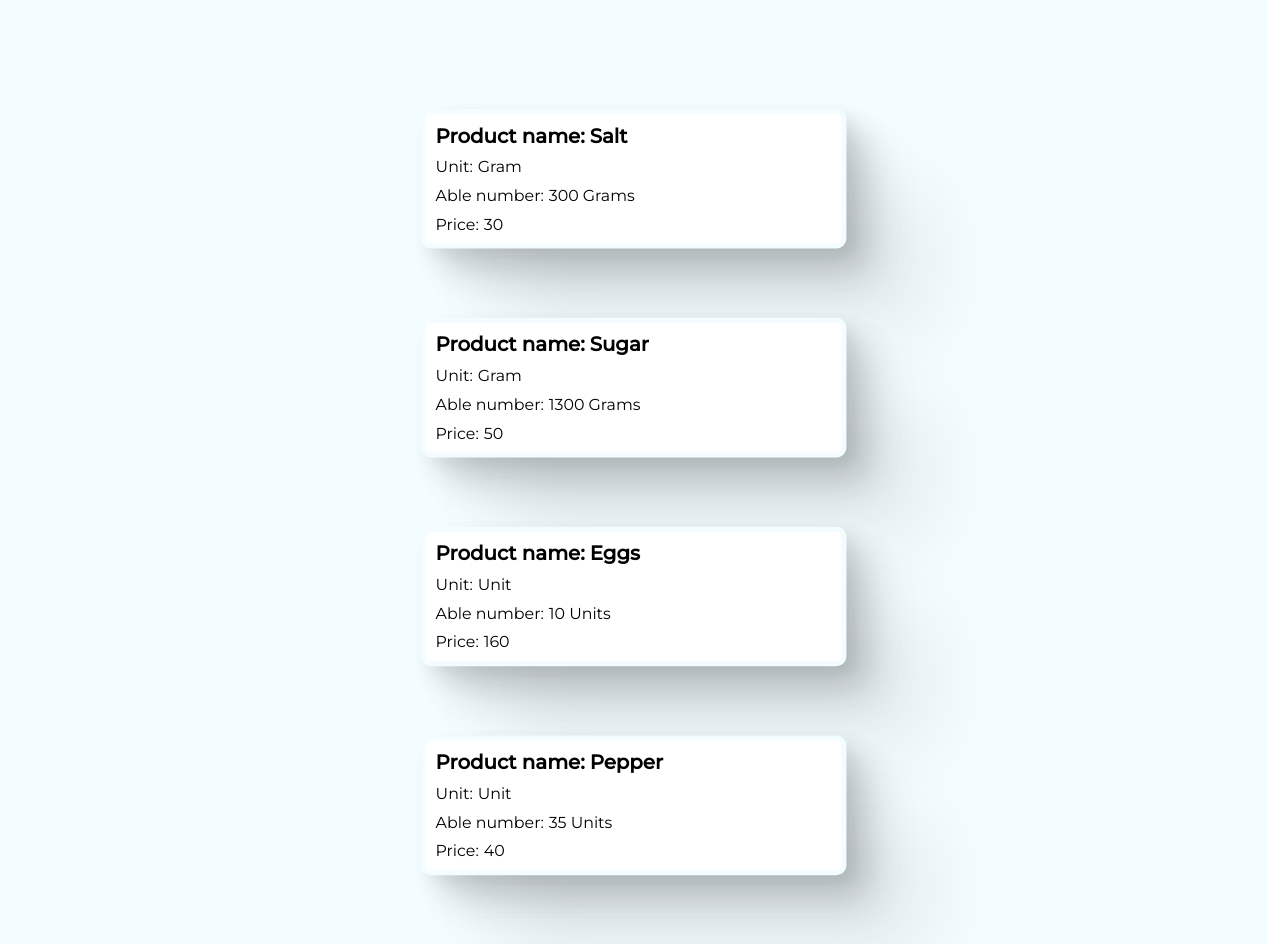
Repository: OlexandraKovach2/Vue
Page: / (app in vuexam/brila-exam/)
The author's editor kept a copy of each file at every save. The page is drawn from the files as they stood at one save, then again after the next save.
The browser window is 1280 px wide. The pictures show the whole page, at 99% of full size.
The project was rebuilt for these pictures with package versions that can differ from the ones it lists, and the page was loaded fresh each time. Also part of the build but not shown: vuexam/brila-exam/vue.config.js.

Above is the page before, as saved 2022-11-08 22:09:43.

### vuexam/brila-exam/public/index.html
<!DOCTYPE html>
<html lang="">
  <head>
    <meta charset="utf-8">
    <meta http-equiv="X-UA-Compatible" content="IE=edge">
    <meta name="viewport" content="width=device-width,initial-scale=1.0">
    <link rel="icon" href="<%= BASE_URL %>favicon.ico">
    <title><%= htmlWebpackPlugin.options.title %></title>
  </head>
  <body>
    <noscript>
      <strong>We're sorry but <%= htmlWebpackPlugin.options.title %> doesn't work properly without JavaScript enabled. Please enable it to continue.</strong>
    </noscript>
    <div id="app"></div>
    <!-- built files will be auto injected -->
  </body>
</html>

<style>

  *{
    padding: 0px;
    margin: 0px;
  }
  body{
    background-color: rgb(243, 252, 255);
  }

</style>

### vuexam/brila-exam/src/main.js
import { createApp } from 'vue'
import App from './App.vue'
import store from '@/store'

createApp(App).use(store).mount('#app')

### vuexam/brila-exam/src/App.vue
<template>
  <div>
    <ObjectTable :listData="list"/>
  </div>
</template>

<script>
  import { mapGetters } from 'vuex';
  import ObjectTable from "./components/ObjectTable";
  export default {
    name: "App",
    components: {
      ObjectTable,
    },
    computed: {
      ...mapGetters(['list']),
    },
  }
</script>

<style lang="scss" scoped>
@import url('https://fonts.googleapis.com/css2?family=Montserrat:wght@100;200;300;400;500&display=swap');
*{
  font-family: 'Montserrat', sans-serif;
}
</style>

### vuexam/brila-exam/src/store/index.js
import {createStore} from 'vuex'

const store = createStore({
    state: {
        list: [
            {
                id: 1,
                name: "Salt",
                unit: "Gram",
                count: "300",
                cost: 30
            },
            {
                id: 2,
                name: "Sugar",
                unit: "Gram",
                count: "1300",
                cost: 50
            },
            {
                id: 3,
                name: "Eggs",
                unit: "Unit",
                count: "10",
                cost: 160
            },
            {
                id: 4,
                name: "Pepper",
                unit: "Unit",
                count: "35",
                cost: 40
            }
        ]
    },
    getters: {
        list: state => {
            return state.list;
        }
    },
});

export default store;

### vuexam/brila-exam/src/components/ObjectTable/index.vue
<template>
    <div class="objectTable">
        <div class="object">
        <ObjectBase v-for="item in listData"
        :key="item.id"
        :id="item.id"
        :name="item.name"
        :unit="item.unit"
        :count="item.count"
        :cost="item.cost"
        />
        </div>
    </div>
</template>

<script>
    import ObjectBase from "./ObjectBase.vue"
    export default {
        name: "ObjectTable",
        components: {
            ObjectBase,
        },
        props: {
            listData: {
                type: Array,
                default: () => []
            },
        },
    }
</script>

<style lang="scss" scoped>
.object{
    display: flex;
    flex-direction: column;
    margin-top: 40px;
}
.objectTable{
    display: flex;
    justify-content: center;
}
.object:last-child{
    margin-bottom: 70px;
}
</style>

### vuexam/brila-exam/src/components/ObjectTable/ObjectBase.vue
<template>
    <div class="ObjectCard">
        <div class="info-row name">
            <div>Product name: </div>
            <div>{{name}}</div>
        </div>
        <div class="info-row">
            <div>Unit: </div>
            <div>{{unit}}</div>
        </div>
        <div class="info-row">
            <div>Able number: </div>
            <div>{{count}} {{unit}}s</div>
        </div>
        <div class="info-row">
            <div>Price: </div>
            <div>{{cost}}</div>
        </div>
    </div>
</template>

<script>
    import { mapGetters } from 'vuex'
    export default {
        name: "ObjectBase",
        computed: {
        ...mapGetters(['list']),
        },
        props: {
            id: {
                type: Number,
                default: 0
            },
            name: {
                type: String,
                default: "None name"
            },
            unit: {
                type: String,
                default: "kilo"
            },
            count: {
                type: Number,
                default: 1
            },
            cost: {
                type: Number,
                default: 10
            }
        },
    }
</script>

<style lang="scss" scoped>
.ObjectCard{
    margin-top: 70px;
    background-color: white;
    width: 400px;
    border-radius: 10px;
    border: 5px solid rgb(243, 252, 255);
    box-shadow:
  6.6px 6.7px 13.7px rgba(0, 0, 0, 0.04),
  12.9px 13.2px 25.3px rgba(0, 0, 0, 0.053),
  19.2px 19.6px 34.3px rgba(0, 0, 0, 0.057),
  25.9px 26.5px 40.9px rgba(0, 0, 0, 0.057),
  35.7px 36.6px 47.2px rgba(0, 0, 0, 0.057),
  82px 84px 80px rgba(0, 0, 0, 0.07);
  display: flex;
  flex-direction: column;
  gap: 10px;
  padding: 10px;
  transition: 0.3s;
}
.ObjectCard:hover{
    scale: 1.1;
    box-shadow:
  6.6px 6.7px 13.7px rgba(0, 0, 0, 0.083),
  12.9px 13.2px 25.3px rgba(0, 0, 0, 0.1),
  19.2px 19.6px 34.3px rgba(0, 0, 0, 0.104),
  25.9px 26.5px 40.9px rgba(0, 0, 0, 0.101),
  35.7px 36.6px 47.2px rgba(0, 0, 0, 0.09),
  82px 84px 80px rgba(0, 0, 0, 0.07)
;

}
.info-row{
    display: flex;
    gap: 5px;
    transition: 0.3s;
}
.info-row:hover{
    scale: 1.04;
    color: rgb(0, 0, 255);

}
.info-row:hover:first-child{
    scale: 1.07;
    color: rgb(102, 0, 255);
}
.name{
    font-size: 20px;
    font-weight: 600;
}
.info-row{
    div{
        text-shadow: 12.9px 13.2px 25.3px rgba(0, 0, 0, 0.018),
    }
}
</style>

After the next save:
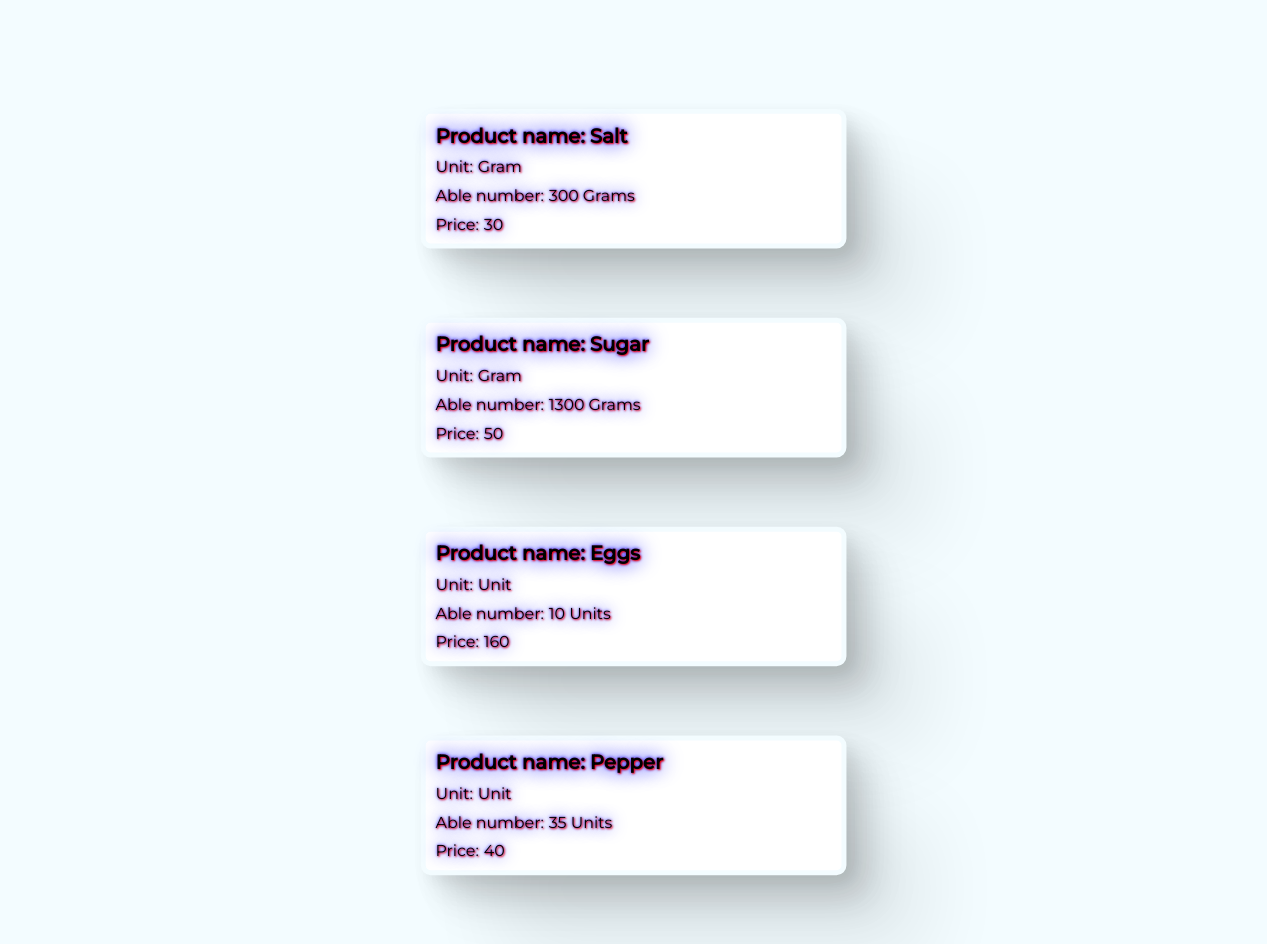
Saved 26 s later.
--- a/vuexam/brila-exam/src/components/ObjectTable/ObjectBase.vue
+++ b/vuexam/brila-exam/src/components/ObjectTable/ObjectBase.vue
@@ -103,7 +103,7 @@
 }
 .info-row{
     div{
-        text-shadow: 12.9px 13.2px 25.3px rgba(0, 0, 0, 0.018),
+        text-shadow: 1px 1px 2px red, 0 0 1em blue, 0 0 0.2em blue;
     }
 }
 </style>

After the save that followed:
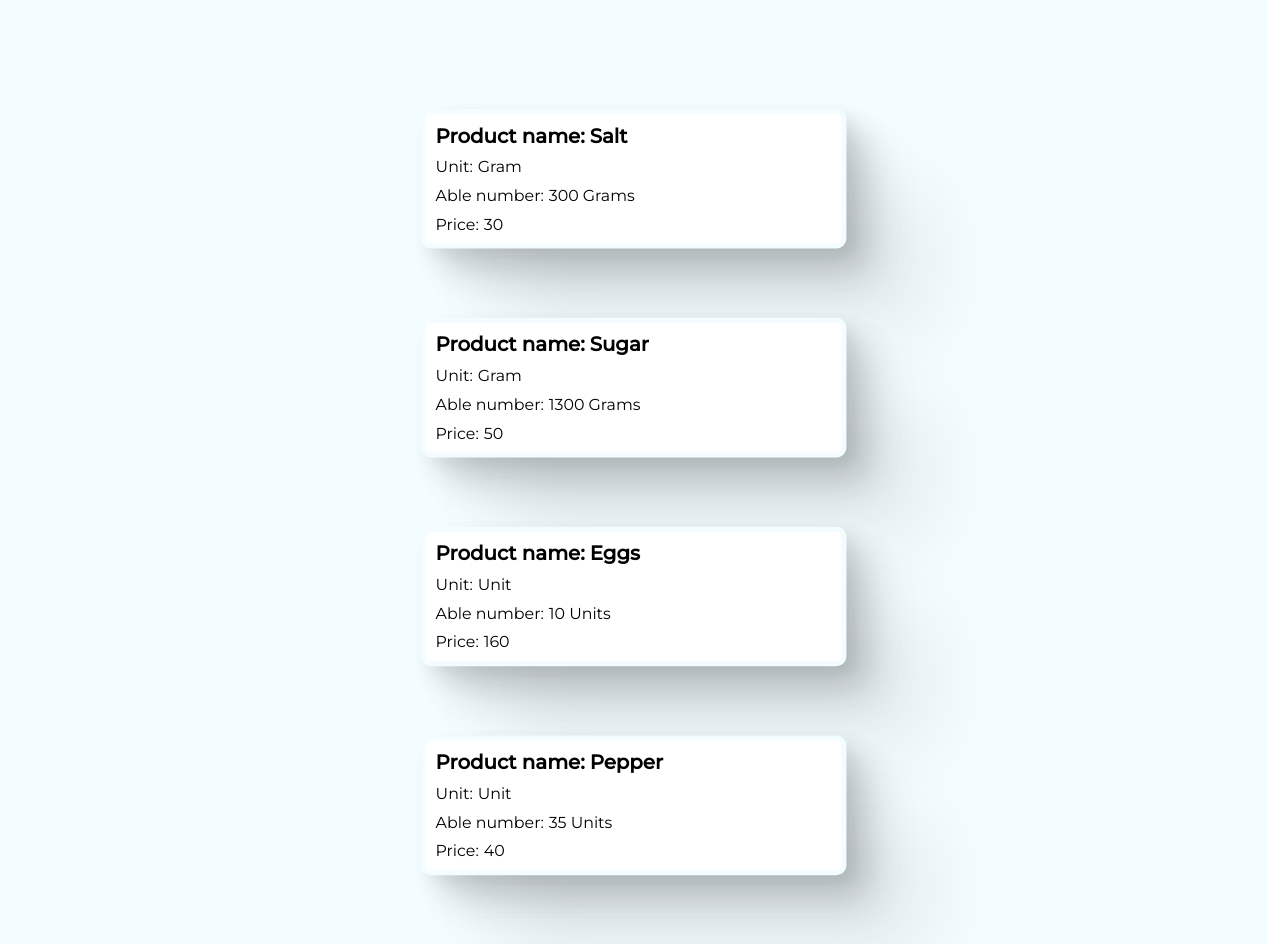
Saved 14 s later.
--- a/vuexam/brila-exam/src/components/ObjectTable/ObjectBase.vue
+++ b/vuexam/brila-exam/src/components/ObjectTable/ObjectBase.vue
@@ -103,7 +103,7 @@
 }
 .info-row{
     div{
-        text-shadow: 1px 1px 2px red, 0 0 1em blue, 0 0 0.2em blue;
+        text-shadow: 12px 13.2px 25.3px rgba(0, 0, 0, 0.018),
     }
 }
 </style>
